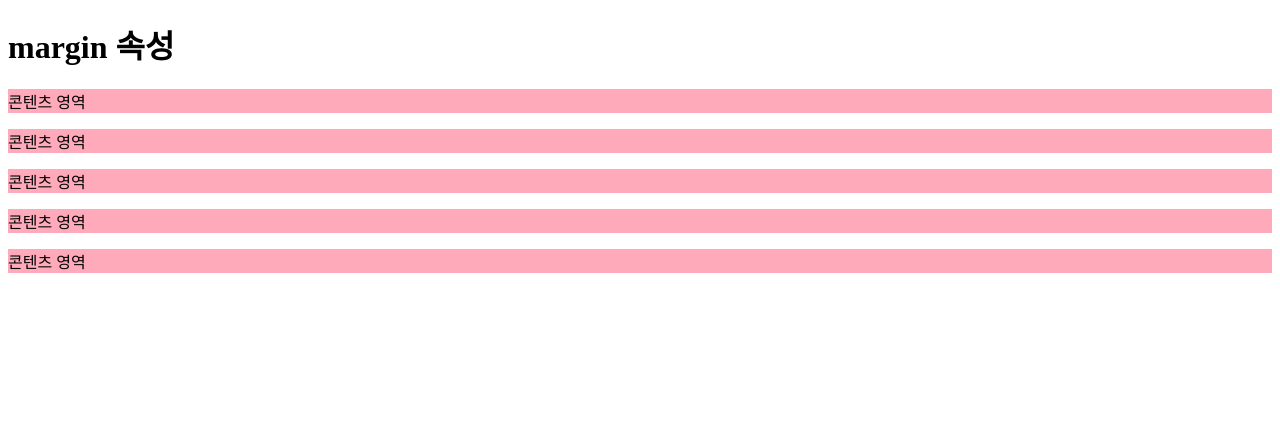
Repository: cussip/SuperHands
Page: WebExam/src/main/webapp/css/box_model/margin.html
An editor plug-in stored every save of this project. The page is shown before and after the next save, followed by the edit.
The browser window is 1280 px wide. The pictures show the whole page.

Above is the page before, as saved 2022-01-31 04:54:37.

### WebExam/src/main/webapp/css/box_model/margin.html
<!DOCTYPE html>
<html>
<head>
	<meta charset="UTF-8">
	<title>margin.html</title>
	<style>
		div {
			background: #FFAABB;
			border: #F88;
		}
	</style>
</head>
<body>
	<!-- border를 기준으로 다른 요소와의 바깥쪽 여백을 지정한다.
		속성 값에 음수를 지정할 수 있으며, 상하로 인접한 박스의 display 속성 값이
		block인 경우 마진 겹침(Margin Collapsing) 현상이 발생한다. -->
	<h1>margin 속성</h1>
	<div class="margin01">
		<p>
			콘텐츠 영역
		</p>
	</div>
	<div class="margin01">
		<p>
			콘텐츠 영역
		</p>
	</div>
	<div class="margin01">
		<p>
			콘텐츠 영역
		</p>
	</div>
	<div class="margin01">
		<p>
			콘텐츠 영역
		</p>
	</div>
	<div class="margin01">
		<p>
			콘텐츠 영역
		</p>
	</div>
</body>
</html>

After the next save:
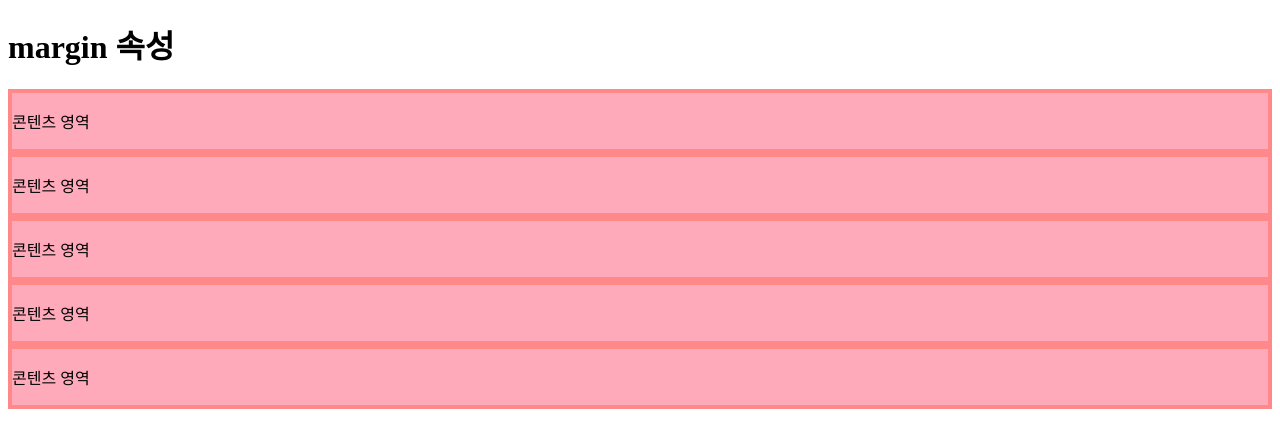
Saved 8 s later.
--- a/WebExam/src/main/webapp/css/box_model/margin.html
+++ b/WebExam/src/main/webapp/css/box_model/margin.html
@@ -6,7 +6,8 @@
 	<style>
 		div {
 			background: #FFAABB;
-			border: #F88;
+			border: #F88 solid 4px;
+
 		}
 	</style>
 </head>
